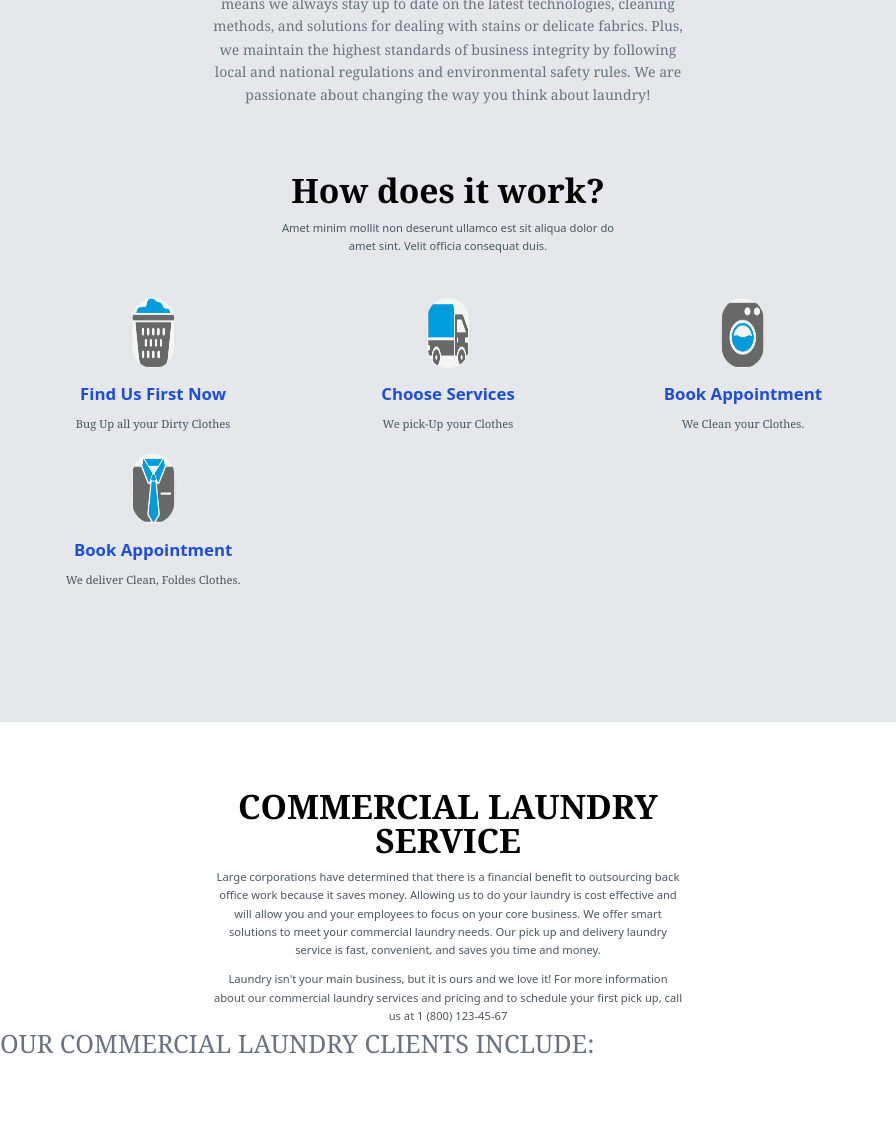
Repository: remydev47/smartlaundry
Page: /
The author's editor kept a copy of each file at every save. The page is drawn from the files as they stood at one save, then again after the next save.
The browser window is 1280 px wide. The pictures show the part of the page from y = 2437 to 4357 px (the page is 4045 px tall before and 4357 px after), at 70% of full size.
The project was rebuilt for these pictures with package versions that can differ from the ones it lists, and the page was loaded fresh each time. The framework's server and built-in components were replaced by stand-ins that run in the browser. Also part of the build but not shown: next.config.js, components/Prices.tsx, components/Banner.tsx, components/Reasons.tsx, components/Testimonial.tsx, components/Pricing.tsx, components/Footer.tsx.

Above is the page before, as saved 2022-10-24 16:21:31.

After the next save:
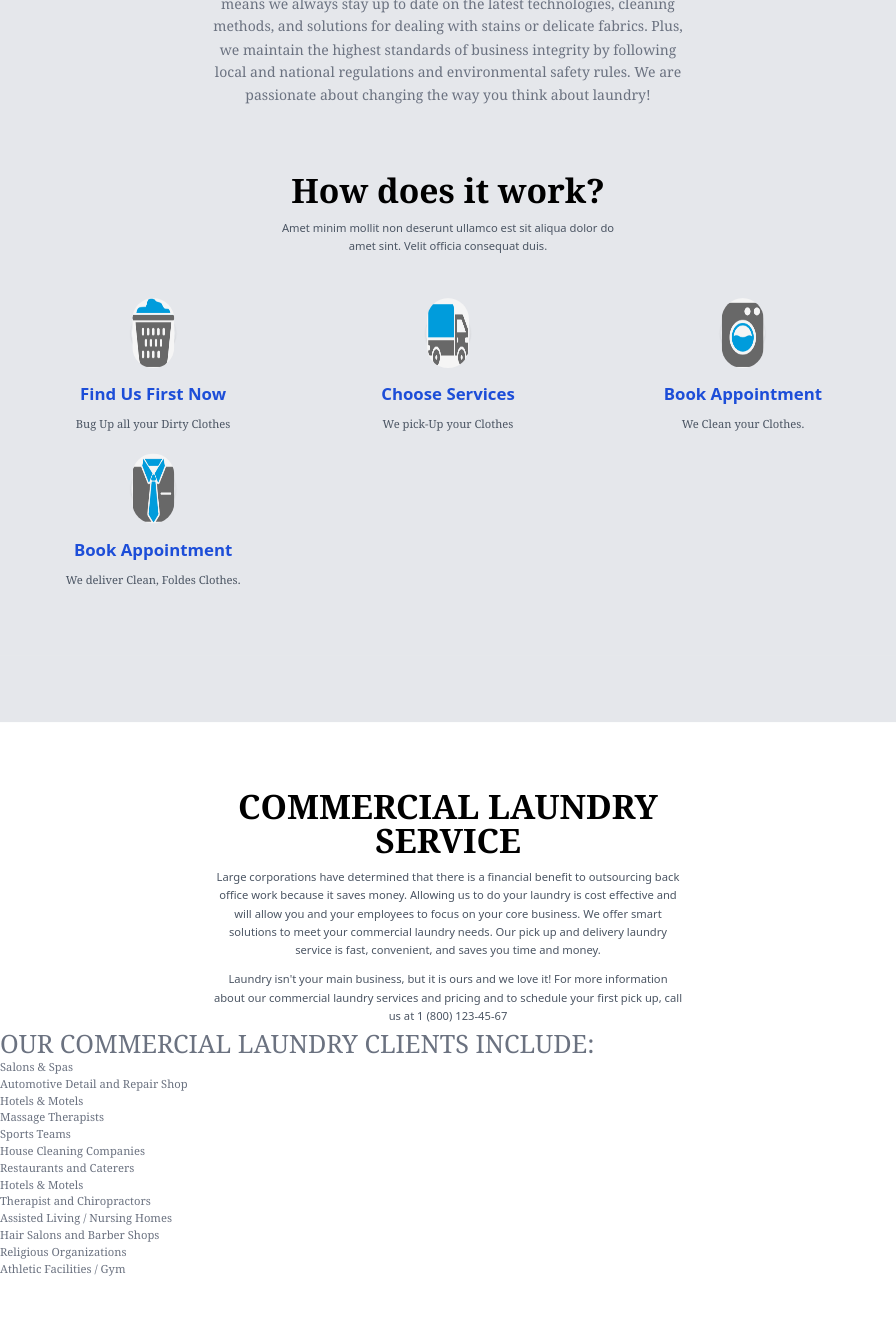
Saved 39 s later.
--- a/components/Commercial.tsx
+++ b/components/Commercial.tsx
@@ -72,7 +72,7 @@ const Commercial = () => {
         </div>
       </div>
       <h2 className='mt-2 text-3xl font-serif text-gray-500 sm:text-4xl'>OUR COMMERCIAL LAUNDRY CLIENTS INCLUDE:</h2>
-      <ul className="list-none flex-col  hidden justify-center items-center ">
+      <ul className="list-none flex-col   justify-center items-center ">
             {offers.map((nav, index) => (
                 <li
                 key={nav.id}
